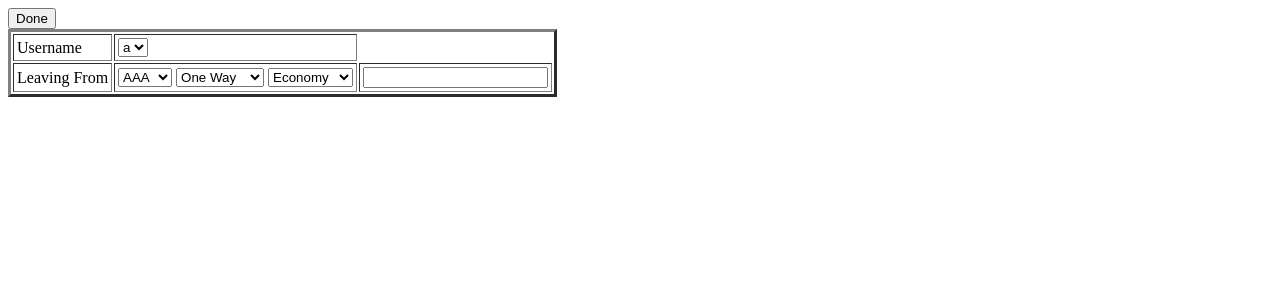
Repository: Pheazon/data_management
Page: http://localhost/cs336Final/customerFlightChanges.jsp
These files come from the project's save history. The page is drawn as it stood at one moment and after a run of saves; the edit follows.
The browser window is 1280 px wide. The pictures show the whole page.
The page is served by Tomcat 9. The database holds what the project's SQL file puts in it.

Above is the page before, as saved 2019-12-11 19:18:36.

After the next 4 saves:
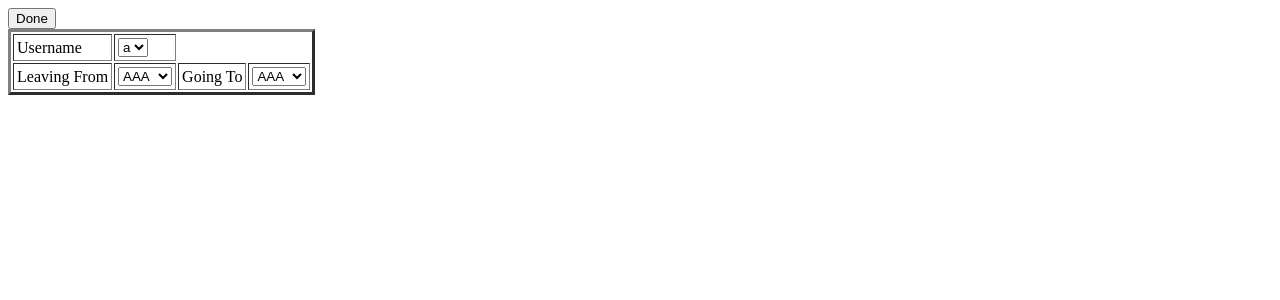
The 4 saves are shown as one change because 3 did not build or start.
The last was saved 4 min 24 s later.
--- a/cs336Final/WebContent/customerFlightChanges.jsp
+++ b/cs336Final/WebContent/customerFlightChanges.jsp
@@ -52,27 +52,29 @@
 				<option value = "<%=rs.getString(1)%>"> <%=rs.getString(1)%> </option>
 				<%
 			}
+			st.close();
+			rs.close();
 			%>
 			</select>
-
-
-			<select name = "Type" size = 1>
-			<option value = "one-way"> One Way </option>
-			<option value = "round-trip"> Round Trip </option>
-
-			</select>
-
-			<select name = "Class" size = 1>
-			<option value = "economy"> Economy </option>
-			<option value = "first"> First Class </option>
-			<option value = "business"> Business </option>
-			</select>
-
-			<td><input type = "text" name = "SpecialMeal"></td>
+			</td>
+			<td>Going To</td>
+			<td>
+			<select name = "goingTo" size = 1>
+			<%
+			st = con.createStatement();
+			rs = st.executeQuery("SELECT Id FROM Airport");
+			while (rs.next())
+			{
+				%>
+				<option value = "<%= rs.getString(1) %>"> <%= rs.getString(1) %></option>
+				<%
+			}
+			%>
+			</td>
 
 
 			<%
-	}
+		}
 	catch (Exception e)
 	{
 		out.println("Lulz");
